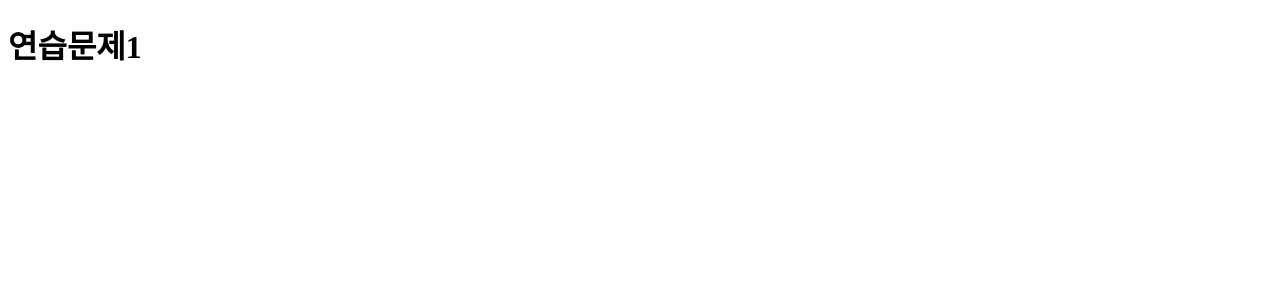
Repository: sim8191/ServletWorkspace
Page: 03_test_1/src/main/webapp/index.html
These files come from the project's save history. The page is drawn as it stood at one moment and after the next save; the edit follows.
The browser window is 1280 px wide. The pictures show the whole page.

Above is the page before, as saved 2026-02-23 08:07:19.

### 03_test_1/src/main/webapp/index.html
<!DOCTYPE html>
<html>
<head>
<meta charset="UTF-8">
<title>test1</title>
</head>
<body>
<h1>연습문제1</h1>
<a href=""></a>
</body>
</html>

After the next save:
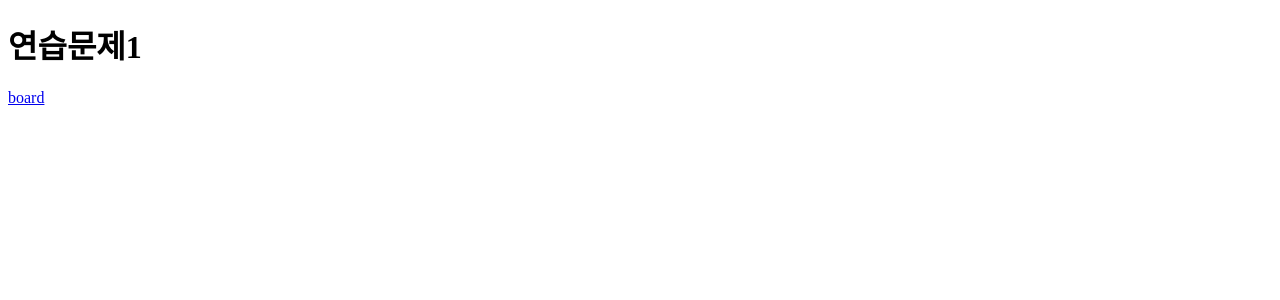
Saved 111 s later.
--- a/03_test_1/src/main/webapp/index.html
+++ b/03_test_1/src/main/webapp/index.html
@@ -7,5 +7,6 @@
 <body>
 <h1>연습문제1</h1>
 <a href=""></a>
+<a href="/ajax/board/board.jsp">board</a>
 </body>
 </html>
